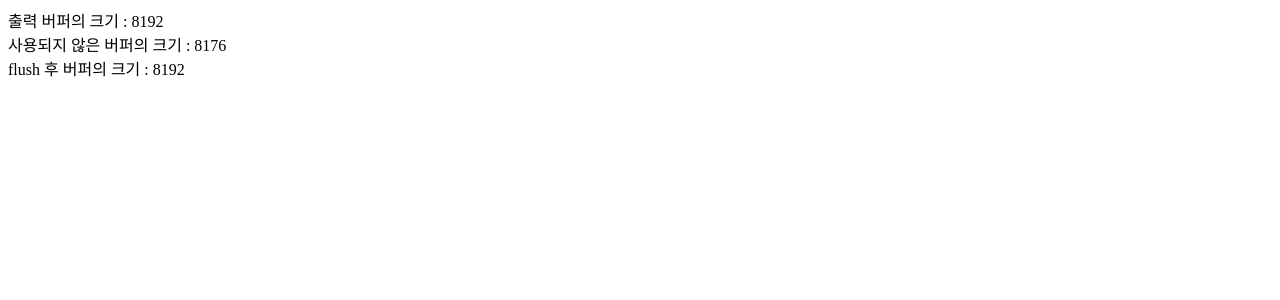
Repository: JungInBaek/Servlet-JSP
Page: http://localhost/edu/example11.jsp
These files come from the project's save history. The page is drawn as it stood at one moment and after the next save; the edit follows.
The browser window is 1280 px wide. The pictures show the whole page.
The page is served by Tomcat 9. Other server files are loaded and not shown.

Above is the page before, as saved 2021-08-04 13:26:52.

### edu/src/main/webapp/example11.jsp
<%@ page language="java" contentType="text/html; charset=UTF-8"
    pageEncoding="UTF-8"%>
<!DOCTYPE html>
<html>
<head>
<meta charset="UTF-8">
</head>
<body>
	<%
		int total = out.getBufferSize();
		out.print("첫번째 텍스트입니다.");
		out.clearBuffer();
		out.print("출력 버퍼의 크기 : " + total);
		out.print("<br/>사용되지 않은 버퍼의 크기 : " + out.getRemaining());
		out.flush();
		out.print("<br/>flush 후 버퍼의 크기 : " + out.getRemaining());
	%>
</body>
</html>

After the next save:
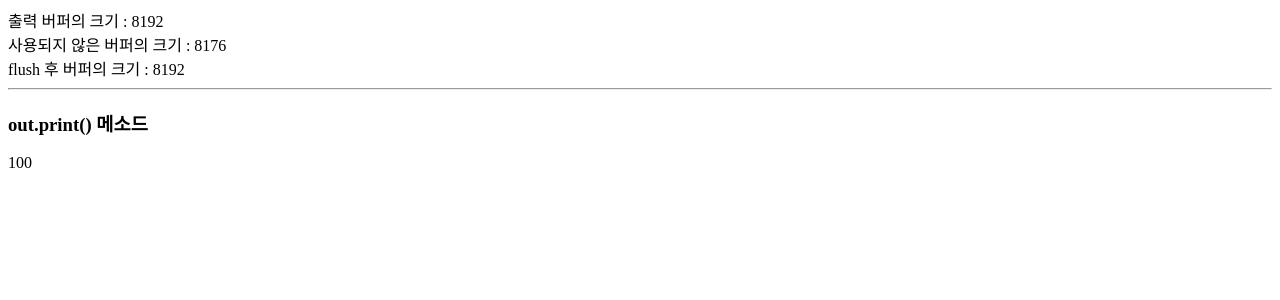
Saved 34 s later.
--- a/edu/src/main/webapp/example11.jsp
+++ b/edu/src/main/webapp/example11.jsp
@@ -15,5 +15,10 @@
 		out.flush();
 		out.print("<br/>flush 후 버퍼의 크기 : " + out.getRemaining());
 	%>
+	<hr/>
+	<h3>out.print() 메소드</h3>
+	<%
+		out.print(100);
+	%>
 </body>
 </html>
